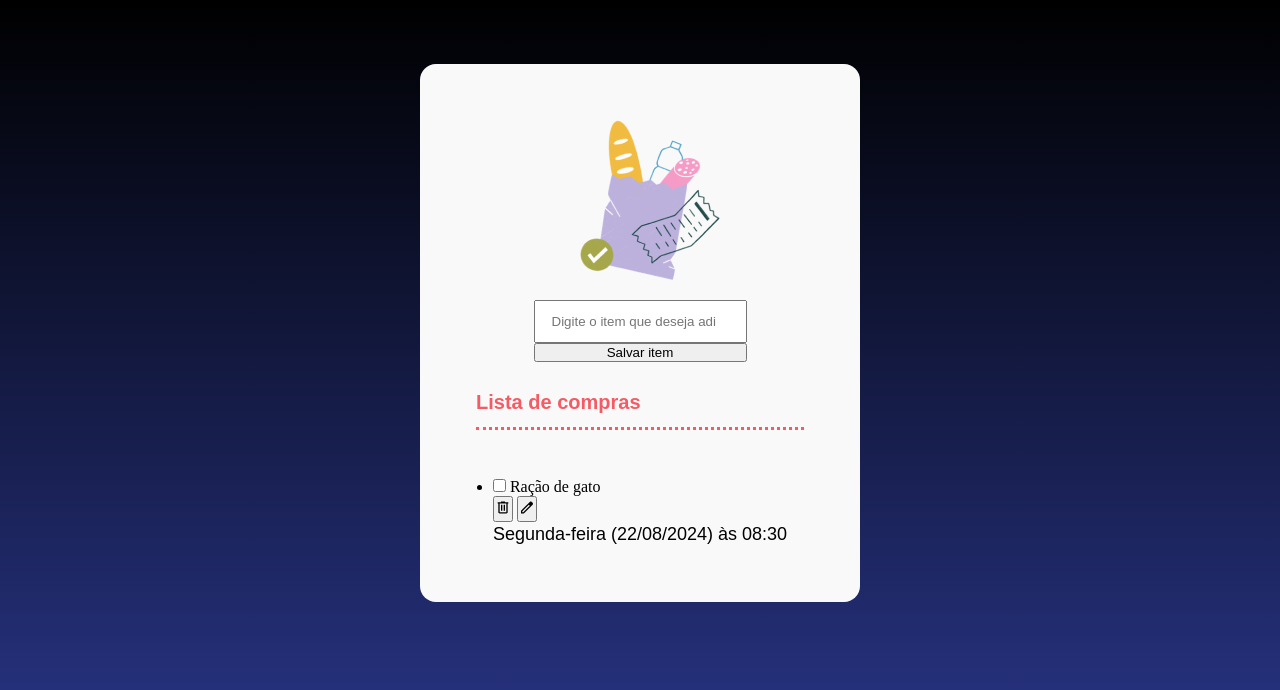
Repository: joaoPraiaJunior/compras_js
Page: index.html
An editor plug-in stored every save of this project. The page is shown before and after the next save, followed by the edit.
The browser window is 1280 px wide. The pictures show the whole page.
Some web fonts or font styles are not loaded; a fallback is used.

Above is the page before, as saved 2024-08-22 20:58:32.

### index.html
<!DOCTYPE html>
<html lang="pt-BR" dir="ltr">

<head>
    <meta charset="UTF-8">
    <meta name="viewport" content="width=device-width, initial-scale=1.0">
    <meta name="description" content="Lista de compras">
    <title>Lista de Compras</title>
    <link rel="preconnect" href="https://fonts.googleapis.com">
    <link rel="preconnect" href="https://fonts.gstatic.com" crossorigin>
    <link href="https://fonts.googleapis.com/css2?family=Krona+One&family=Montserrat&family=Numans&display=swap" rel="stylesheet">
    <link rel="stylesheet" href="./css/styles.css">
</head>

<body>
    <header>
        <img src="./img/bag.png" alt="sacola de compras">
    </header>
    <main>
        <form class="busca">
            <input class="busca__campo" type="search" name="busca" placeholder="Digite o item que deseja adicionar">
            <button class="busca__botao">Salvar item</button>
        </form>
        <h1>Lista de compras</h1>
        <hr>

        <ul>
            <li>
                <div>
                    <div>
                        <input type="checkbox" name="produto" id="racao_de_gato">
                        <label for="racao_de_gato">Ração de gato</label>
                    </div>
                    <div>
                        <button><img src="./img/delete.svg" alt="Deletar"></button>
                        <button><img src="./img/edit.svg" alt="Editar"></button>
                    </div>
                </div>
                <p>Segunda-feira (<time datetime="2024-08-22">22/08/2024</time>) às <time>08:30</time></p>
            </li>
        </ul>
    </main>
</body>

</html>

### css/styles.css
* {
    box-sizing: border-box;
    margin: 0;
    padding: 0;
}

html {
    font-size: 62.5%;
}

:root {
    --cor-primaria: #F55B64;
    --cor-secundaria: #C2373F;
    --neutro: #F9F9F9;
    --preto: #131730;
    --fonte-titulo: "Krona One", sans-serif;
    --fonte-texto: 'Numans', sans-serif;
    --degrade-azul: linear-gradient(180deg, #000000 0%, #26327F 100%);
}

body {
    display: flex;
    flex-direction: column;
    align-items: center;
    background: var(--degrade-azul);
    background-repeat: no-repeat;
    font-size: 1.6rem;
    height: 100vh;
}

header {
    text-align: center;
    margin-top: 6.4rem;
    background-color: var(--neutro);
    border-radius: 1.6rem 1.6rem 0 0;
    padding: 5.6rem 5.6rem 1.6rem 5.6rem;
    width: 44.0rem;

}

main {
    display: flex;
    flex-direction: column;
    align-items: center;
    gap: 2.4rem;
    background-color: var(--neutro);
    border-radius: 0 0 1.6rem 1.6rem;
    padding: 0 5.6rem 5.6rem 5.6rem;
    width: 44.0rem;
}

h1 {
    align-self: flex-start;
    font-family: var(--fonte-titulo);
    font-size: 2.0rem;
    color: var(--cor-primaria);
    line-height: 3.3rem;
}

hr {
    border: none;
    border-bottom: .3rem dotted var(--cor-primaria);
    margin-bottom: 2.4rem;
    width: 100%;
}

hr:empty {
    margin-top: calc(1.6rem * -1);
}

p {
    font-family: var(--fonte-texto);
    font-size: 1.8rem;
    font-weight: 400;
    text-align: left;
    line-height: 2.4rem;
}


.busca {
    display: flex;
    flex-direction: column;
}

.busca__campo {
    padding: 1.2rem 1.6rem;
}

After the next save:
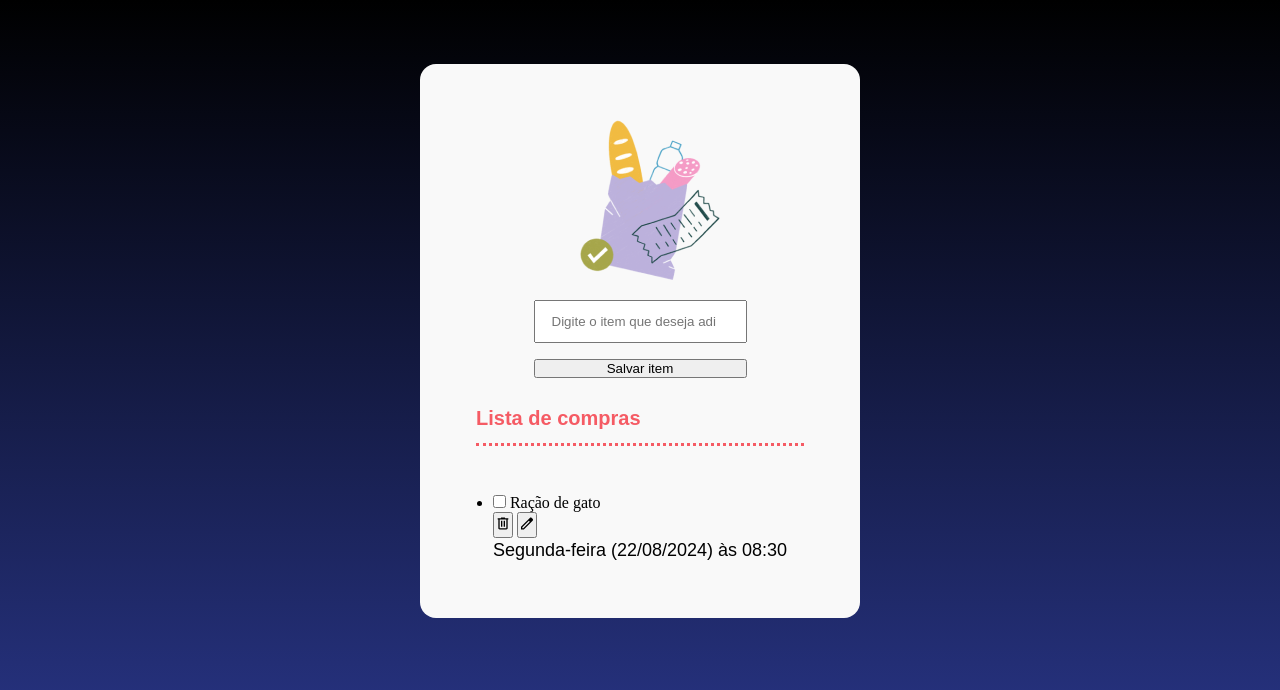
Saved 64 s later.
--- a/css/styles.css
+++ b/css/styles.css
@@ -80,6 +80,7 @@ p {
 .busca {
     display: flex;
     flex-direction: column;
+    gap: 1.6rem;
 }
 
 .busca__campo {
